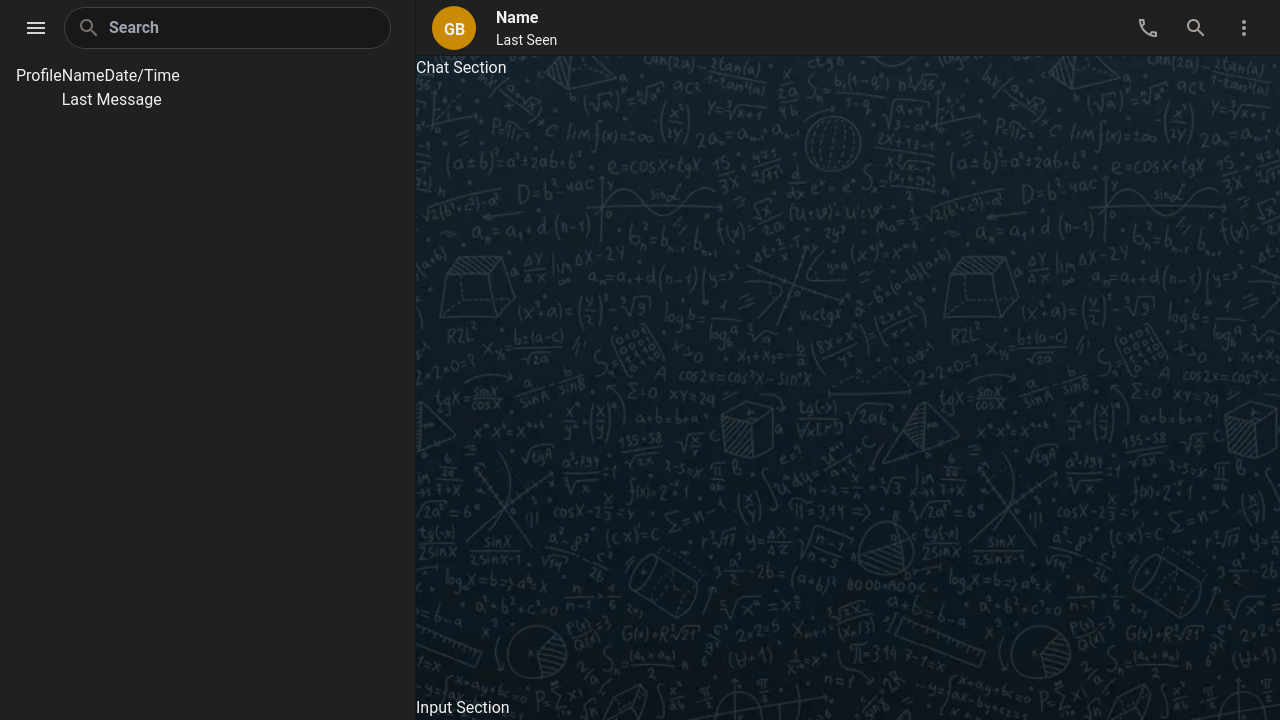
Repository: Qu4ntumGuy/telegram-clone
Page: /
An editor plug-in stored every save of this project. The page is shown before and after the next save, followed by the edit.
The browser window is 1280 px wide. The pictures show the whole page.
The page's requests for data from a server got no answer. The project was rebuilt for these pictures with package versions that can differ from the ones it lists, and the page was loaded fresh each time. No one was signed in, and anything a server would have sent is missing. Also part of the build but not shown: src/Pages/ChatPage.js/ChatPage.js.

Above is the page before, as saved 2024-07-15 13:42:33.

After the next save:
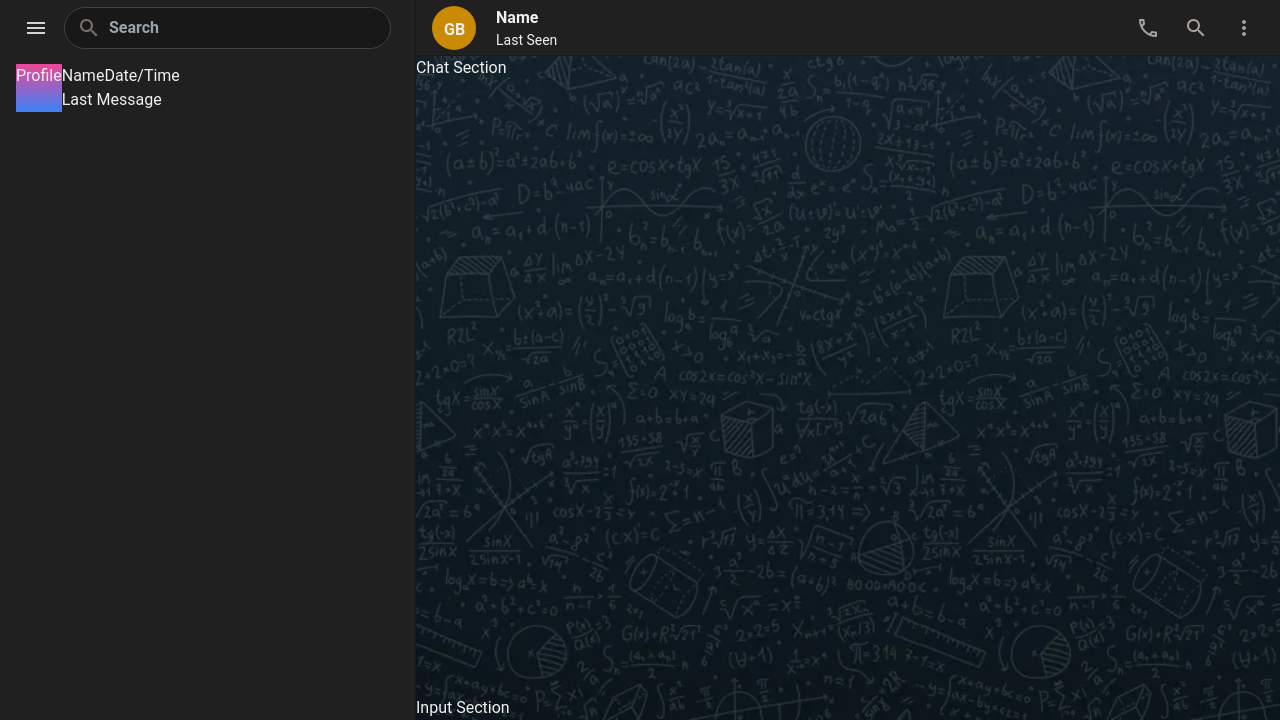
Saved 60 s later.
--- a/src/Components/Chat.js
+++ b/src/Components/Chat.js
@@ -3,7 +3,7 @@ import React from "react";
 function Chat({ name, profile }) {
   return (
     <div className="flex hover:bg-stone-700 hover:bg-opacity-30 p-2 mx-2 rounded-lg">
-      <div className=" bg-radial-at-t from-blue-500 to-pink-500">Profile</div>
+      <div className=" bg-gradient-to-t from-blue-500 to-pink-500">Profile</div>
       <div className="flex flex-col">
         <div className="flex">
           <div>Name</div>
